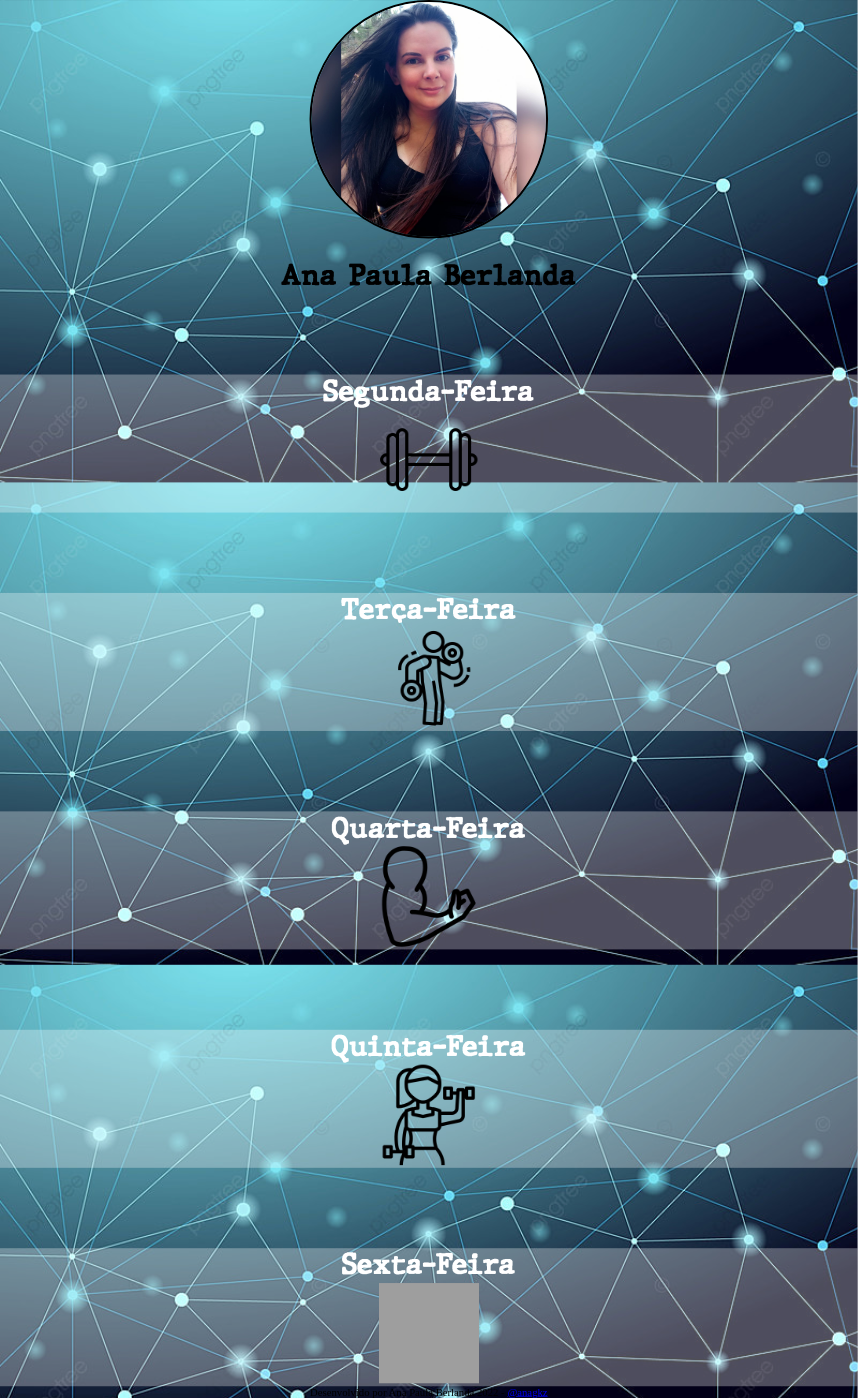
Repository: AnaBerlanda/AppAcademia
Page: index2.html
These files come from the project's save history. The page is drawn as it stood at one moment and after the next save; the edit follows.
The browser window is 1280 px wide. The pictures show the whole page, at 67% of full size.
Pictures or frames that could not be fetched are drawn as grey boxes. Backgrounds fixed to the window are drawn as part of the page.

Above is the page before, as saved 2022-02-07 17:34:22.

After the next save:
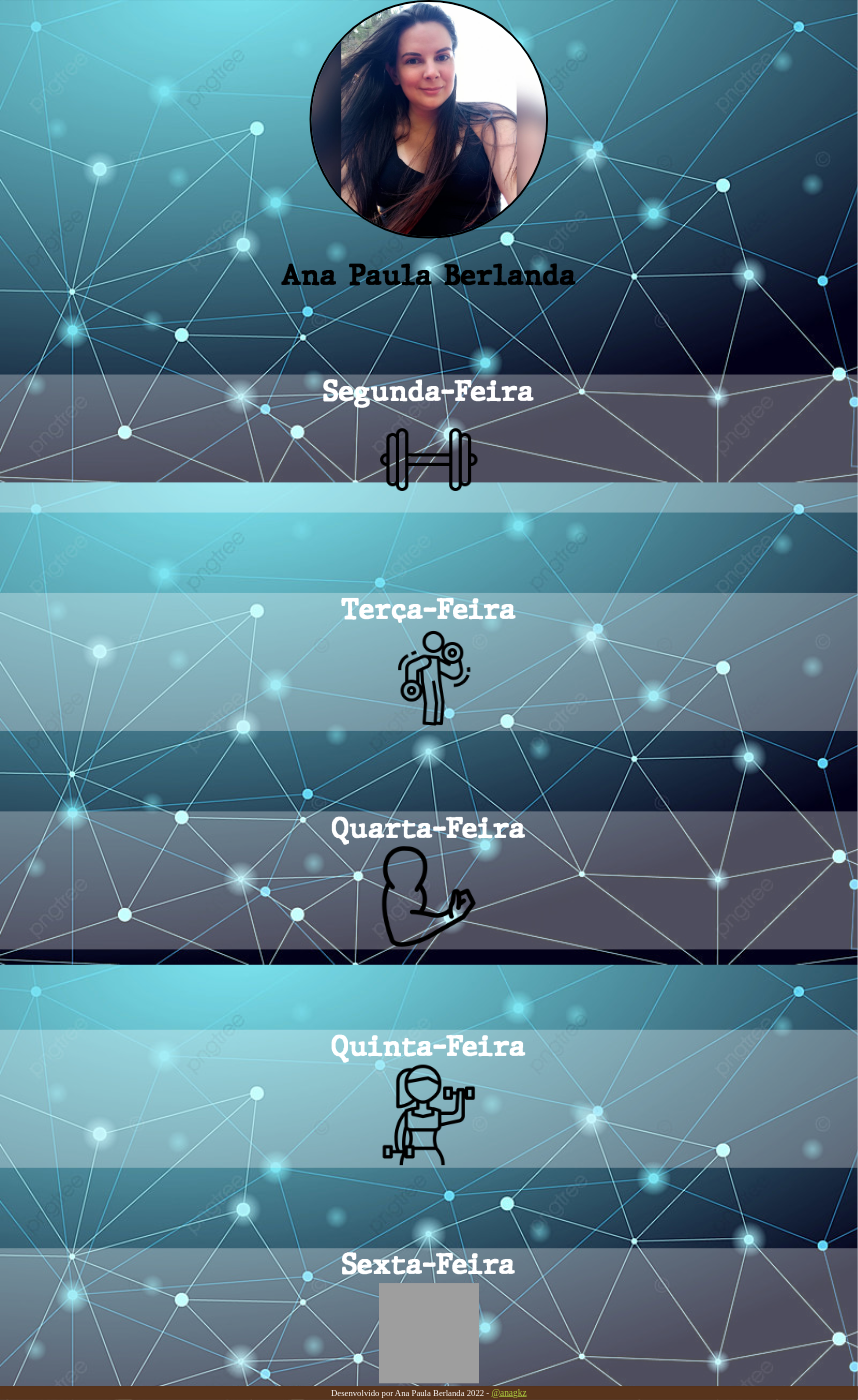
Saved 44 s later.
--- a/index2.html
+++ b/index2.html
@@ -60,8 +60,17 @@
             font-size: 40px;
             font-family: 'JMH';
             color: black;
-
-
+        }
+        .rodape {
+            background-color: #58341c;
+            color:white;
+            border: 2px solid#58341c;
+            font-size: 13px;
+        }
+        .rodape a{
+            font-family: 'Aft';
+            color: #aed13f;
+            font-size: 14px;
         }
     </style>
 </head>
